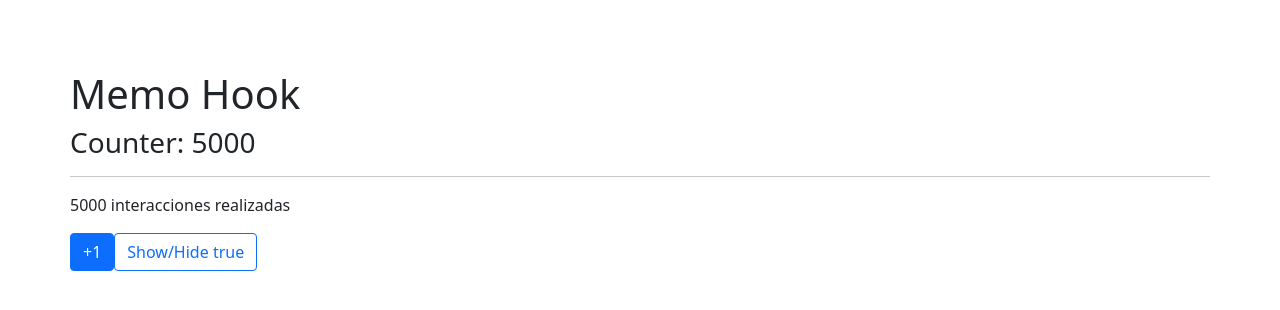
Repository: ppfeliuu/hooks-app
Page: /
These files come from the project's save history. The page is drawn as it stood at one moment and after the next save; the edit follows.
The browser window is 1280 px wide. The pictures show the whole page.
The project was rebuilt for these pictures with package versions that can differ from the ones it lists, and the page was loaded fresh each time.

Above is the page before, as saved 2021-05-29 23:29:57.

### public/index.html
<!DOCTYPE html>
<html lang="en">
  <head>
    <meta charset="utf-8" />
    <link rel="icon" href="%PUBLIC_URL%/favicon.ico" />
    <meta name="viewport" content="width=device-width, initial-scale=1" />
    <meta name="theme-color" content="#000000" />
    <meta
      name="description"
      content="Web site created using create-react-app"
    />
    <link rel="apple-touch-icon" href="%PUBLIC_URL%/logo192.png" />
    <!--
      manifest.json provides metadata used when your web app is installed on a
      user's mobile device or desktop. See https://developers.google.com/web/fundamentals/web-app-manifest/
    -->
    <link rel="manifest" href="%PUBLIC_URL%/manifest.json" />
    <!--
      Notice the use of %PUBLIC_URL% in the tags above.
      It will be replaced with the URL of the `public` folder during the build.
      Only files inside the `public` folder can be referenced from the HTML.

      Unlike "/favicon.ico" or "favicon.ico", "%PUBLIC_URL%/favicon.ico" will
      work correctly both with client-side routing and a non-root public URL.
      Learn how to configure a non-root public URL by running `npm run build`.
    -->
    <link
      href="https://cdn.jsdelivr.net/npm/bootstrap@5.0.1/dist/css/bootstrap.min.css"
      rel="stylesheet"
      integrity="sha384-+0n0xVW2eSR5OomGNYDnhzAbDsOXxcvSN1TPprVMTNDbiYZCxYbOOl7+AMvyTG2x"
      crossorigin="anonymous"
    />
    <title>Hooks App</title>
  </head>
  <body>
    <noscript>You need to enable JavaScript to run this app.</noscript>
    <div id="root"></div>
    <!--
      This HTML file is a template.
      If you open it directly in the browser, you will see an empty page.

      You can add webfonts, meta tags, or analytics to this file.
      The build step will place the bundled scripts into the <body> tag.

      To begin the development, run `npm start` or `yarn start`.
      To create a production bundle, use `npm run build` or `yarn build`.
    -->
  </body>
</html>

### src/index.js
import React from "react";
import ReactDOM from "react-dom";
import { MemoHook } from "./components/06-memos/MemoHooks";
// import { CounterApp } from "./components/01-useState/CounterApp";
// import { CounterWithCustomHook } from "./components/01-useState/CounterWithCustomHook";
// import { FormWithCustomHook } from "./components/02-useEffect/FormWithCustomHook";
// import { SimpleForm } from "./components/02-useEffect/SimpleForm";
// import { FocusScreen } from "./components/04-useRef/FocusScreen";
// import { RealExampleRef } from "./components/04-useRef/RealExampleRef";
// import { LayoutEffects } from "./components/05-useLayoutEffect/LayoutEffect";
// import { MultipleCustomHooks } from "./components/examples/MultipleCustomHooks";
// import { HookApp } from "./HookApp";
// import { Memorize } from "./components/06-memos/Memorize";

ReactDOM.render(<MemoHook />, document.getElementById("root"));

### src/components/06-memos/MemoHooks.js
import React, { useMemo, useState } from "react";
import { procesoPesado } from "../../helpers/ProcesoPesado";
import { useCounter } from "../../hooks/useCounter";
import "../02-useEffect/effects.css";

export const MemoHook = () => {
  const { counter, increment } = useCounter(5000);
  const [show, setShow] = useState(true);

  const memoProcesoPesado = useMemo(() => procesoPesado(counter), [counter]);

  return (
    <div>
      <h1>Memo Hook</h1>
      <h3>Counter: {counter}</h3>
      <hr />

      <p>{memoProcesoPesado}</p>

      <button className="btn btn-primary mr-3" onClick={increment}>
        +1
      </button>

      <button
        className="btn btn-outline-primary ml-3"
        onClick={() => setShow(!show)}
      >
        Show/Hide {JSON.stringify(show)}
      </button>
    </div>
  );
};

### src/helpers/ProcesoPesado.js
export const procesoPesado = (interacciones) => {
  for (let index = 0; index < interacciones; index++) {
    console.log("Vamos");
  }

  return `${interacciones} interacciones realizadas`;
};

### src/hooks/useCounter.js
import { useState } from "react";

export const useCounter = (initialState = 1) => {
  const [counter, setCounter] = useState(initialState);

  const increment = () => {
    setCounter(counter + 1);
  };

  const decrement = () => {
    setCounter(counter - 1);
  };

  const reset = () => {
    setCounter(initialState);
  };

  return {
    counter,
    increment,
    decrement,
    reset,
  };
};

### src/components/06-memos/CallBackHook.js
import React from "react";
import "../02-useEffect/effects.css";

export const CallBackHook = () => {
  return (
    <div>
      <h1>useCallback hook</h1>
      <hr />
    </div>
  );
};

Loaded but not shown: src/components/02-useEffect/effects.css (common file)

After the next save:
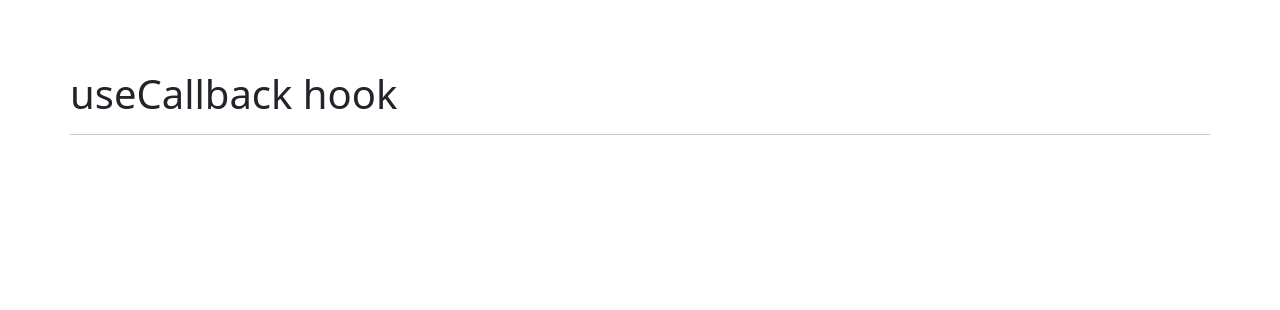
Saved 12 s later.
--- a/src/index.js
+++ b/src/index.js
@@ -1,6 +1,7 @@
 import React from "react";
 import ReactDOM from "react-dom";
-import { MemoHook } from "./components/06-memos/MemoHooks";
+import { CallBackHook } from "./components/06-memos/CallBackHook";
+// import { MemoHook } from "./components/06-memos/MemoHooks";
 // import { CounterApp } from "./components/01-useState/CounterApp";
 // import { CounterWithCustomHook } from "./components/01-useState/CounterWithCustomHook";
 // import { FormWithCustomHook } from "./components/02-useEffect/FormWithCustomHook";
@@ -12,4 +13,4 @@ import { MemoHook } from "./components/06-memos/MemoHooks";
 // import { HookApp } from "./HookApp";
 // import { Memorize } from "./components/06-memos/Memorize";
 
-ReactDOM.render(<MemoHook />, document.getElementById("root"));
+ReactDOM.render(<CallBackHook />, document.getElementById("root"));
